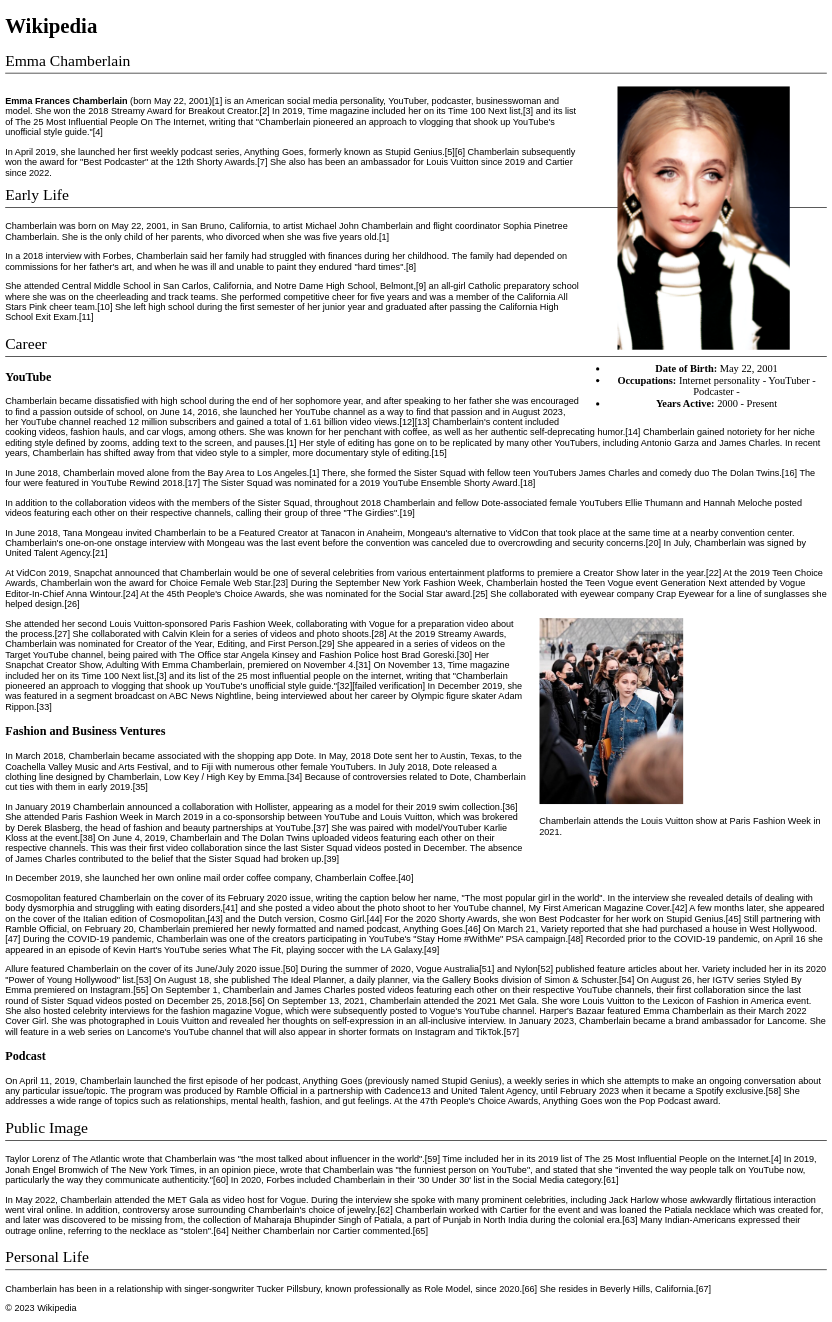
Repository: ethan-schrauf/UniversalDesignWebsite
Page: wikipedia.html
The author's editor kept a copy of each file at every save. The page is drawn from the files as they stood at one save, then again after the next save.
The browser window is 1280 px wide. The pictures show the whole page, at 65% of full size.

Above is the page before, as saved 2023-09-29 23:16:54.

After the next save:
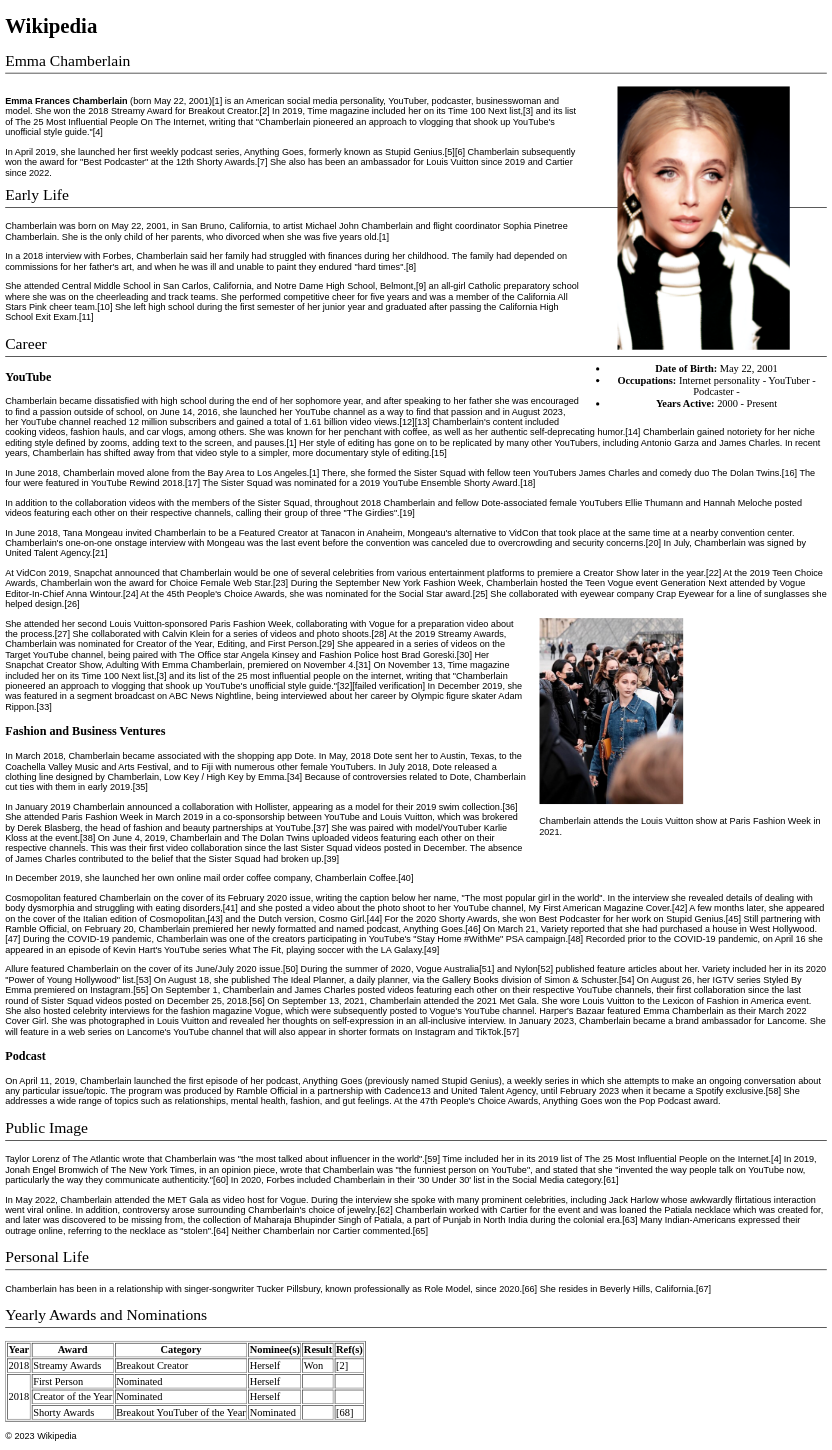
Saved 61 s later.
--- a/wikipedia.html
+++ b/wikipedia.html
@@ -143,6 +143,52 @@
      <p>Chamberlain has been in a relationship with singer-songwriter Tucker Pillsbury, known professionally as Role Model, since 2020.[66] She resides in Beverly Hills, California.[67]</p>
 
      <!-- Honors and Awards -->
+
+     <h2>Yearly Awards and Nominations</h2>
+
+     <!-- Create the table for awards and nominations -->
+     <table border="1">
+         <tr>
+             <th>Year</th>
+             <th>Award</th>
+             <th>Category</th>
+             <th>Nominee(s)</th>
+             <th>Result</th>
+             <th>Ref(s)</th>
+         </tr>
+         <tr>
+             <td>2018</td>
+             <td>Streamy Awards</td>
+             <td>Breakout Creator</td>
+             <td>Herself</td>
+             <td>Won</td>
+             <td>[2]</td>
+         </tr>
+         <tr>
+             <td rowspan="3">2018</td>
+             <td>First Person</td>
+             <td>Nominated</td>
+             <td>Herself</td>
+             <td></td>
+             <td></td>
+         </tr>
+         <tr>
+             <td>Creator of the Year</td>
+             <td>Nominated</td>
+             <td>Herself</td>
+             <td></td>
+             <td></td>
+         </tr>
+         <tr>
+             <td>Shorty Awards</td>
+             <td>Breakout YouTuber of the Year</td>
+             <td>Nominated</td>
+             <td></td>
+             <td>[68]</td>
+         </tr>
+         <!-- Add more rows for other years and awards/nominations -->
+     </table>
+
 </main>
 
 <!-- Footer -->
